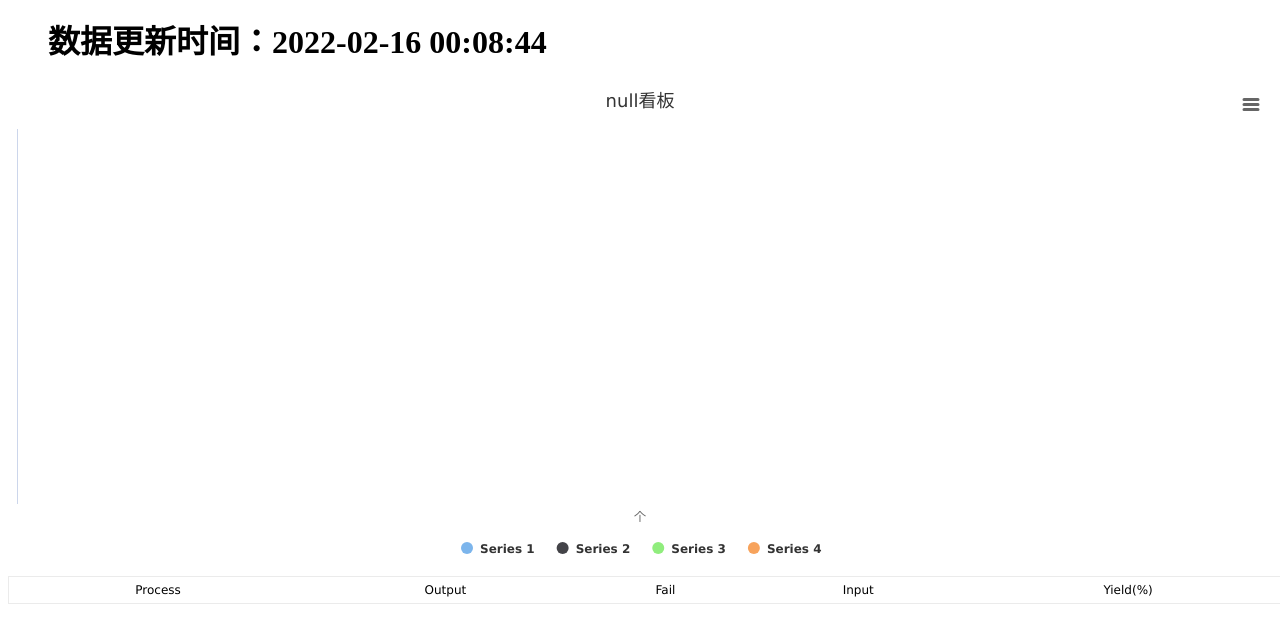
Repository: zxj19880502/mycode
Page: http://localhost/test1/line.jsp
The author's editor kept a copy of each file at every save. The page is drawn from the files as they stood at one save, then again after the next save.
The browser window is 1280 px wide. The pictures show the whole page.
The page is served by Tomcat 9. Queries for data that is not in the repository find no rows.

Above is the page before, as saved 2022-04-02 02:10:27.

### apache-tomcat-8.5.73/webapps/ROOT/test1/line.jsp
<%@ page contentType="text/html;charset=utf-8" language="java" errorPage="" %>
 <%@ page import="java.text.*"%>
<%@ page import="java.sql.*" %>
 <%@page import="java.util.*"%>

 <meta http-equiv="refresh" content="300">

<html>

<head>

  <title>线别查询</title>


 <style type="text/css">
#container {
    height: 70%;
}

.highcharts-figure,
.highcharts-data-table table {
    min-width: 100%;
    max-width: 100%;
    margin: 1em auto;
}



#datatable caption {
    padding: 1em 0;
    font-size: 1.2em;
    color: #555;
}

#datatable th {
    font-weight: 600;
    padding: 0.5em;
}

#datatable td,
#datatable th,
#datatable caption {
    padding: 0.5em;
}


		</style>



</head>
<body>


<%

Class.forName("oracle.jdbc.driver.OracleDriver");
Connection connection=DriverManager.getConnection("jdbc:oracle:thin:@172.22.24.119:1521:ledmes","sajet","tech");
Statement stmt=connection.createStatement();
String path = request.getContextPath();
String basePath = request.getScheme()+"://"+request.getServerName()+":"+request.getServerPort()+path+"/";
String name = request.getParameter("line");//用request得到
String starday = request.getParameter("day");//用request得到
String startime = request.getParameter("time");//用request得到
String endday = request.getParameter("endday");//用request得到
String endtime = request.getParameter("endtime");//用request得到
String datetime = new SimpleDateFormat("yyyy-MM-dd HH:mm:ss").format(Calendar.getInstance().getTime());//系统时间

ResultSet rs=stmt.executeQuery("SELECT PROCESS_NAME,SUM(PASS_QTY)as good,sum(FAIL_QTY) as Fail,sum(PASS_QTY+FAIL_QTY)as input,round(decode(SUM(PASS_QTY),0,0,(SUM(PASS_QTY)/(sum(PASS_QTY+FAIL_QTY)))*100),2)as Yield from input_qtyc where PDLINE_NAME='"+name+"'AND WORK_DATE||WORK_TIME between to_CHAR('"+startime+""+starday+"')and to_char('"+endtime+""+endday+"') GROUP BY PROCESS_NAME ORDER BY Fail DESC   ");

%>

<figure class="highcharts-figure">
<tr><td><h1>&nbsp;&nbsp;&nbsp;&nbsp;&nbsp;数据更新时间：<%=datetime %></h1></td></tr>
    <div id="container"></div>

<table  id="datatable" style="position:absolute;width: 100%;font-family: Verdana, sans-serif;border-collapse: collapse;border: 1px solid #ebebeb;text-align: center;font-size:12px">
    <tr>
        <td>Process</td>
       <td>Output</td>
         <td>Fail</td>
        <td>Input</td>
        <td>Yield(%)</td>
    </tr>
    <% while(rs.next()){ %>

    <tr  >
        <td><%=rs.getString(1)%></td>
        <td ><%=rs.getString(2)%></td>
        <td ><%=rs.getString(3)%></td>
         <td><%=rs.getString(4)%></td>
        <td><%=rs.getString(5)%></td>
    </tr>


    <% } %>

</table>

<script type="text/javascript">
window.onload = function() {
    // 第3列
    var column_num = 3;

    // 获取元素
    var table = document.getElementById("datatable"),
        rows = table.getElementsByTagName("tr");

    // 循环表格
    for(var i = 0; i < rows.length; i++) {
        var cells = rows[i].getElementsByTagName("td");
        for(var c = 0; c < cells.length; c++) {
            // 对应列
            if(c + 1 === column_num
                // 判断是否大于 0
                && parseFloat(cells[c].innerHTML) > 0 && parseFloat(cells[c].innerHTML)<= 10) {
                // 两者均成立，改变颜色
                rows[i].style.background = "#f7c017";
                rows[i].style.border = "1px";
                // 检查下一行
                break;
            }
            if(c + 1 === column_num
                    // 判断是否大于 0
                    && parseFloat(cells[c].innerHTML) > 10 ) {
                    // 两者均成立，改变颜色
                    rows[i].style.background = "#f73c17";
                    rows[i].style.border = "1px";
                    // 检查下一行
                    break;
                }
            if(c + 1 === column_num
                    // 判断是否大于 0
                    && parseFloat(cells[c].innerHTML) === 0) {
                    // 两者均成立，改变颜色
                    rows[i].style.background = "#37f717";
                    rows[i].style.border = "1px";
                    // 检查下一行
                    break;
                }
        }
    }
};
</script>

 </figure>





 <script src="highcharts.js"></script>
<script src="data.js"></script>
<script src="exporting.js"></script>
<script src="accessibility.js"></script>

 <script type="text/javascript">
Highcharts.chart('container', {
    data: {

        table: 'datatable'

    },
    chart: {
        type: 'bar'
    },

    yAxis: {
        allowDecimals: false,
        title: {
            text: 'Units'
        }
    },
    title: {
		text: '<%=name %>看板'
		// 该功能依赖 data.js 模块，详见https://www.hcharts.cn/docs/data-modules
	},
	yAxis: {
		allowDecimals: false,
		title: {
			text: '个',
			rotation: 0
		}
	},
	credits:{
	     enabled: false // 禁用版权信息
	},

    tooltip: {
        formatter: function () {
            return '<b>' + this.series.name + '</b><br/>' +
                this.point.y + ' ' + this.point.name.toLowerCase();
        }
    }

});
		</script>

</body>
</html>

Loaded but not shown: apache-tomcat-8.5.73/webapps/ROOT/test1/highcharts.js (library); apache-tomcat-8.5.73/webapps/ROOT/test1/data.js (library); apache-tomcat-8.5.73/webapps/ROOT/test1/exporting.js (library); apache-tomcat-8.5.73/webapps/ROOT/test1/accessibility.js (library)

After the next save:
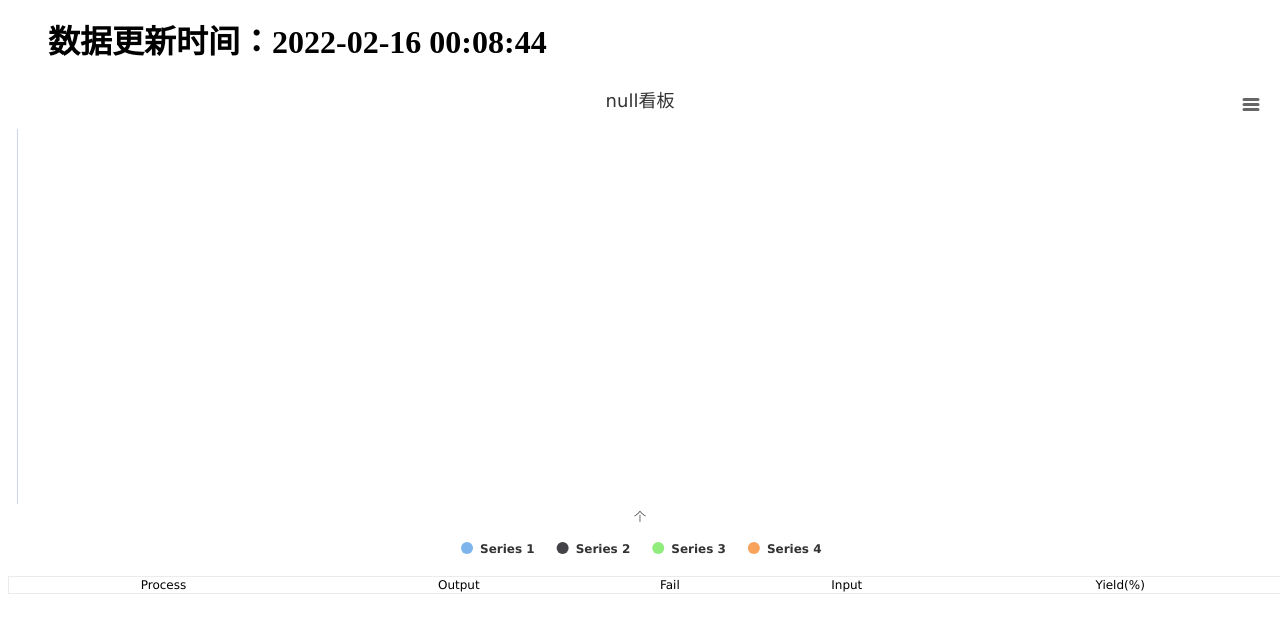
Saved 83 s later.
--- a/apache-tomcat-8.5.73/webapps/ROOT/test1/line.jsp
+++ b/apache-tomcat-8.5.73/webapps/ROOT/test1/line.jsp
@@ -74,7 +74,7 @@
 <tr><td><h1>&nbsp;&nbsp;&nbsp;&nbsp;&nbsp;数据更新时间：<%=datetime %></h1></td></tr>
     <div id="container"></div>
 
-<table  id="datatable" style="position:absolute;width: 100%;font-family: Verdana, sans-serif;border-collapse: collapse;border: 1px solid #ebebeb;text-align: center;font-size:12px">
+<table  id="ac" style="position:absolute;width: 100%;font-family: Verdana, sans-serif;border-collapse: collapse;border: 1px solid #ebebeb;text-align: center;font-size:12px">
     <tr>
         <td>Process</td>
        <td>Output</td>
@@ -103,7 +103,7 @@
     var column_num = 3;
 
     // 获取元素
-    var table = document.getElementById("datatable"),
+    var table = document.getElementById("ac"),
         rows = table.getElementsByTagName("tr");
 
     // 循环表格
@@ -116,7 +116,7 @@
                 && parseFloat(cells[c].innerHTML) > 0 && parseFloat(cells[c].innerHTML)<= 10) {
                 // 两者均成立，改变颜色
                 rows[i].style.background = "#f7c017";
-                rows[i].style.border = "1px";
+
                 // 检查下一行
                 break;
             }
@@ -125,7 +125,7 @@
                     && parseFloat(cells[c].innerHTML) > 10 ) {
                     // 两者均成立，改变颜色
                     rows[i].style.background = "#f73c17";
-                    rows[i].style.border = "1px";
+
                     // 检查下一行
                     break;
                 }
@@ -134,7 +134,7 @@
                     && parseFloat(cells[c].innerHTML) === 0) {
                     // 两者均成立，改变颜色
                     rows[i].style.background = "#37f717";
-                    rows[i].style.border = "1px";
+
                     // 检查下一行
                     break;
                 }
@@ -158,7 +158,7 @@
 Highcharts.chart('container', {
     data: {
 
-        table: 'datatable'
+        table: 'ac'
 
     },
     chart: {

After the save that followed:
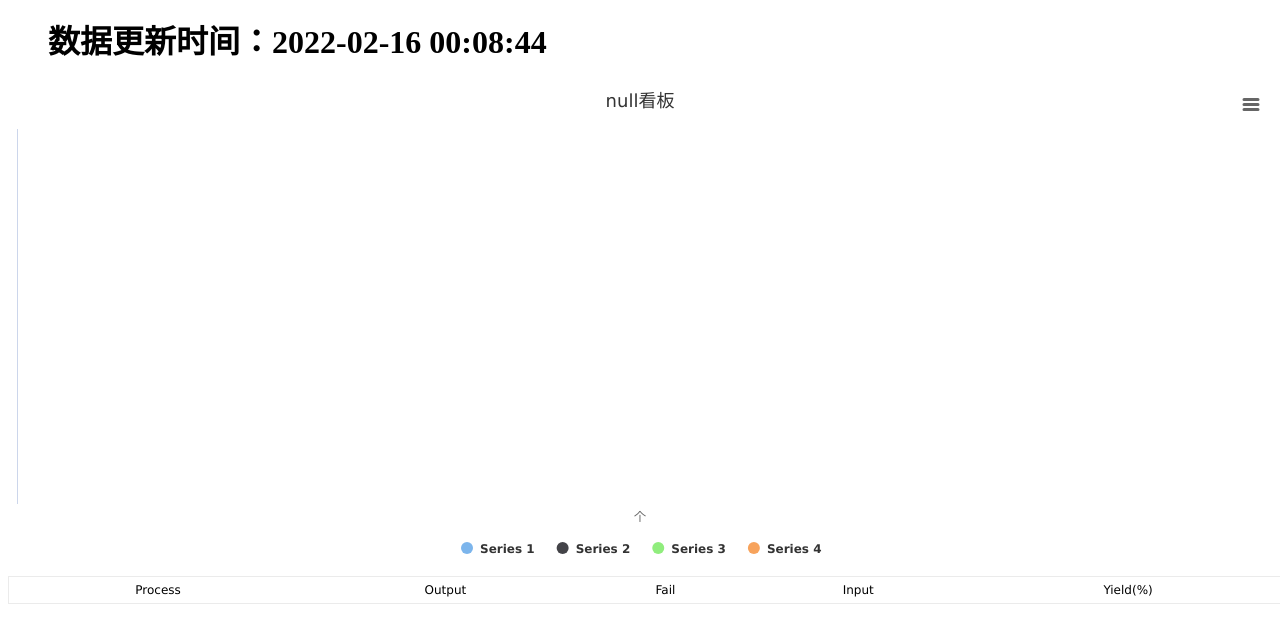
Console error: SyntaxError: Unexpected token 'for'
Saved 42 s later.
--- a/apache-tomcat-8.5.73/webapps/ROOT/test1/line.jsp
+++ b/apache-tomcat-8.5.73/webapps/ROOT/test1/line.jsp
@@ -74,7 +74,7 @@
 <tr><td><h1>&nbsp;&nbsp;&nbsp;&nbsp;&nbsp;数据更新时间：<%=datetime %></h1></td></tr>
     <div id="container"></div>
 
-<table  id="ac" style="position:absolute;width: 100%;font-family: Verdana, sans-serif;border-collapse: collapse;border: 1px solid #ebebeb;text-align: center;font-size:12px">
+<table  id="datatable" style="position:absolute;width: 100%;font-family: Verdana, sans-serif;border-collapse: collapse;border: 1px solid #ebebeb;text-align: center;font-size:12px">
     <tr>
         <td>Process</td>
        <td>Output</td>
@@ -103,8 +103,8 @@
     var column_num = 3;
 
     // 获取元素
-    var table = document.getElementById("ac"),
-        rows = table.getElementsByTagName("tr");
+    var table = document.getElementById("datatable"),
+
 
     // 循环表格
     for(var i = 0; i < rows.length; i++) {
@@ -158,7 +158,7 @@
 Highcharts.chart('container', {
     data: {
 
-        table: 'ac'
+        table: 'datatable'
 
     },
     chart: {
